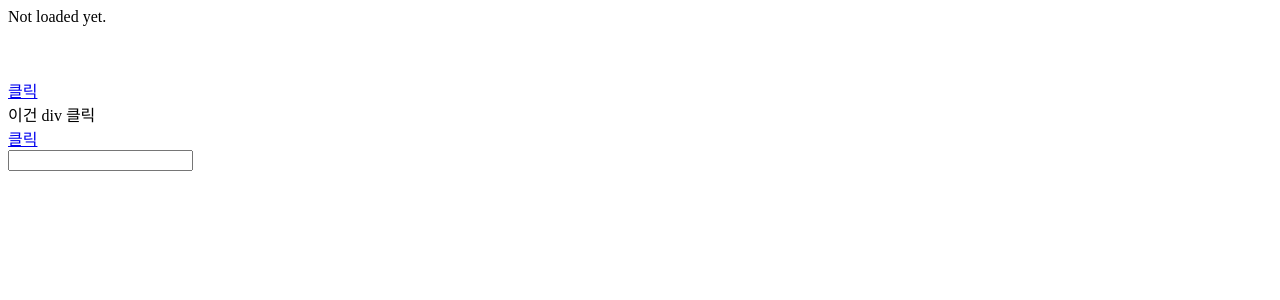
Repository: Won-Hyuk-Lee/kosta_java
Page: http://localhost/web_prj/lec_script.jsp
These files come from the project's save history. The page is drawn as it stood at one moment and after the next save; the edit follows.
The browser window is 1280 px wide. The pictures show the whole page.
The page is served by Tomcat 9. Nobody is signed in. The application's start-up code is not run. Other server files are loaded and not shown.

Above is the page before, as saved 2024-05-24 03:53:55.

### web_prj/src/main/webapp/lec_script.jsp
<%@ page language="java" contentType="text/html; charset=UTF-8"
    pageEncoding="UTF-8"%>

<script src="https://code.jquery.com/jquery-3.7.1.js"></script>
<script src="js/scripts.js"></script>

<!DOCTYPE html>
<html>

<head>
<meta charset="UTF-8">
<title>Insert title here</title>
<script>

function myprint(a,b){
	alert(a+b);
	console.log(a+b);
}

</script>

<script src = "js/my.js"></script>
<script>

//$ (document).ready ( function(){});
//$(function(){});

$(function(){
	$("p").text = "text 변경변경";
})

</script>

</head>
<body>
<p>Not loaded yet.</p><br><br>

<!--  호출  -->


<a href="#" onClick="myprint(5,3)">클릭</a><br>
<div onClick="myprint(5,3)"> 이건 div 클릭 </div>
<a href="#" onClick="myjsPrint()">클릭</a><br>

<form name="loginFrom">
	<input type="hidden" name="seq">
	<input type="text"   name="uname">

</form>



</body>
</html>

### web_prj/src/main/webapp/js/scripts.js
/*!
    * Start Bootstrap - SB Admin v7.0.7 (https://startbootstrap.com/template/sb-admin)
    * Copyright 2013-2023 Start Bootstrap
    * Licensed under MIT (https://github.com/StartBootstrap/startbootstrap-sb-admin/blob/master/LICENSE)
    */
    //
// Scripts
//

window.addEventListener('DOMContentLoaded', event => {

    // Toggle the side navigation
    const sidebarToggle = document.body.querySelector('#sidebarToggle');
    if (sidebarToggle) {
        // Uncomment Below to persist sidebar toggle between refreshes
        // if (localStorage.getItem('sb|sidebar-toggle') === 'true') {
        //     document.body.classList.toggle('sb-sidenav-toggled');
        // }
        sidebarToggle.addEventListener('click', event => {
            event.preventDefault();
            document.body.classList.toggle('sb-sidenav-toggled');
            localStorage.setItem('sb|sidebar-toggle', document.body.classList.contains('sb-sidenav-toggled'));
        });
    }

});

### web_prj/src/main/webapp/js/my.js
/**
 *
 */

 function myjsPrint(){
	 console.log("myjsPrint");
 }

After the next save:
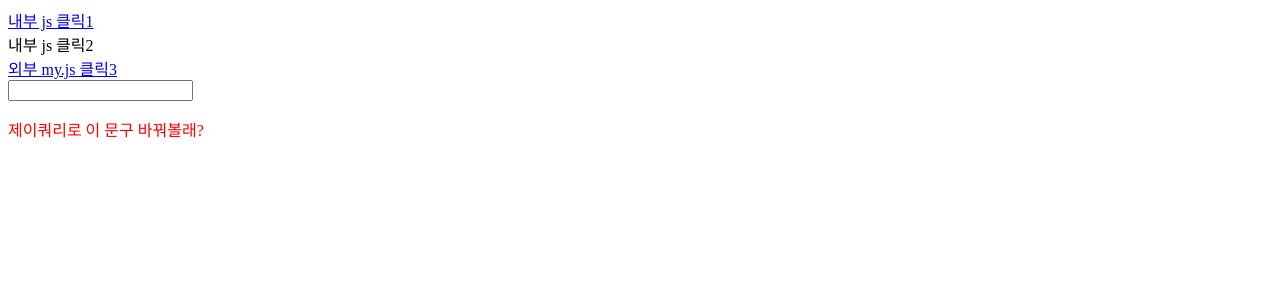
Saved 79 min 13 s later.
--- a/web_prj/src/main/webapp/lec_script.jsp
+++ b/web_prj/src/main/webapp/lec_script.jsp
@@ -1,52 +1,96 @@
 <%@ page language="java" contentType="text/html; charset=UTF-8"
     pageEncoding="UTF-8"%>
-
-<script src="https://code.jquery.com/jquery-3.7.1.js"></script>
-<script src="js/scripts.js"></script>
-
 <!DOCTYPE html>
 <html>
 
 <head>
-<meta charset="UTF-8">
-<title>Insert title here</title>
-<script>
 
-function myprint(a,b){
-	alert(a+b);
-	console.log(a+b);
-}
+    <!-- 자바스크립트의 임포트는 다음과 같다 -->
+    <script src="js/scripts.js"></script>
+    <!-- <script src="webapp/js/scripts.js"></script> 도 가능 -->
 
-</script>
 
-<script src = "js/my.js"></script>
-<script>
+    <script src="https://code.jquery.com/jquery-3.7.1.js"></script>
 
-//$ (document).ready ( function(){});
-//$(function(){});
+    <!-- my.js 메서드 임포트 -->
+    <script src="js/my.js"></script>
 
-$(function(){
-	$("p").text = "text 변경변경";
-})
 
-</script>
+
+    <meta charset="UTF-8">
+    <title>Insert title here</title>
+
+    <script>
+
+    //public int myprint(int a, int b){sys...}
+    function myprint(a,b){ //호출 -> 바디부에서
+        alert(a+b);
+        console.log(a+b);
+    }
+    </script>
+
+
+
+    <!-- 제이쿼리($) 시작 -->
+    <script>
+    //$(document).ready(function() { //document.ready는 생략가능
+
+    //});
+
+
+    $(function() { //document.ready를 이렇게 생략해서 써도 된다.
+        $("p").text="이렇게 바꿨어";
+    });
+
+
+
+    </script>
+
+      <style>
+  p {
+    color: red;
+  }
+  </style>
+
 
 </head>
 <body>
-<p>Not loaded yet.</p><br><br>
 
-<!--  호출  -->
+    <!--
+    myprint를 호출할때 자바에서는
+    lec_script ls = new lec_script();
+    ls.myprint(5,3);
+     -->
+
+    <!--이렇게 호출해도되고-->
+    <a href="#" onClick="myprint(5,3)">내부 js 클릭1</a>
 
 
-<a href="#" onClick="myprint(5,3)">클릭</a><br>
-<div onClick="myprint(5,3)"> 이건 div 클릭 </div>
-<a href="#" onClick="myjsPrint()">클릭</a><br>
+    <!--이렇게 호출해도된다 -->
+    <div onClick="myprint(5,3)">내부 js 클릭2</div>
 
-<form name="loginFrom">
-	<input type="hidden" name="seq">
-	<input type="text"   name="uname">
 
-</form>
+    <!-- my.js의 메서드 -> 그러나 임포트해야지 -->
+    <a href="#" onClick="myjsPrint()">외부 my.js 클릭3</a>
+
+
+    <!-- form태그 요서 제어 -> form태그에 name값이 들어가야 한다. -->
+    <form name="loginForm">
+        <input type="hidden" name="seq" id="seq">
+        <input type="text" name="uname" id="uname">
+    </form>
+
+
+
+
+    <p>제이쿼리로 이 문구 바꿔볼래?</p>
+
+
+
+
+
+
+
 
 
 
